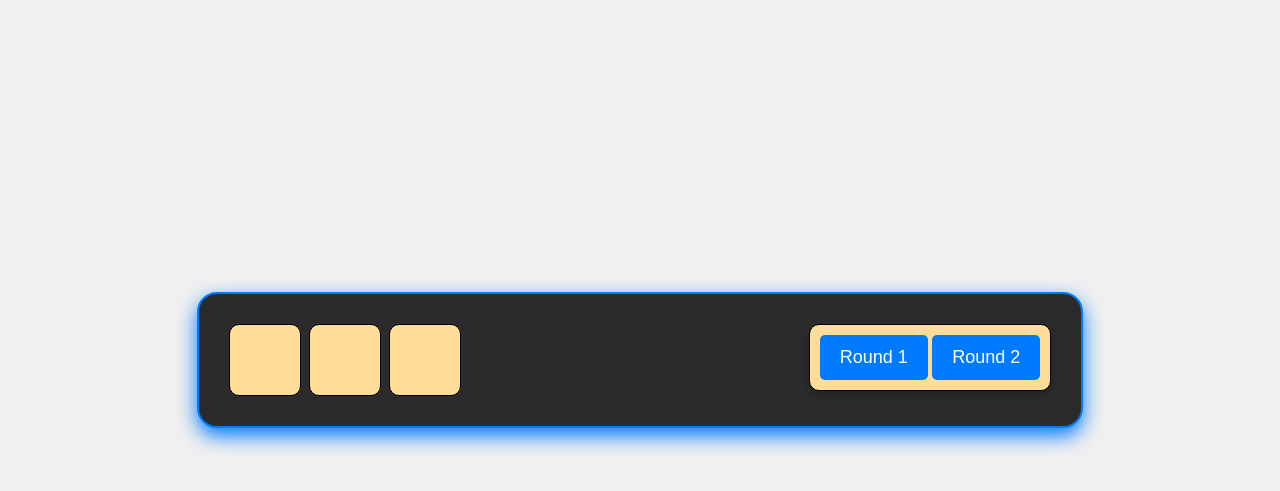
Repository: radisyah/THE_BRAIN_STORM
Page: Broken Link.html
These files come from the project's save history. The page is drawn as it stood at one moment and after the next save; the edit follows.
The browser window is 1280 px wide. The pictures show the whole page.

Above is the page before, as saved 2024-11-11 10:41:24.

### Broken Link.html
<!DOCTYPE html>
<html lang="en">
<head>
    <meta charset="UTF-8">
    <meta name="viewport" content="width=device-width, initial-scale=1.0">
    <title>The Brain Storm | Broken Link</title>
    <style>
        body {
            font-family: Arial, sans-serif;
            display: flex;
            justify-content: center; /* Center the content horizontally */
            align-items: center; /* Center vertically */
            height: 100vh;
            margin: 0;
            background-color: #f0f0f0;
        }

        .container {
            display: flex;
            justify-content: center; /* Align the grid and buttons side by side */
            align-items: flex-start;
            background-color: #2b2b2b;
            border-radius: 20px;
            box-shadow: 0 8px 20px  #007bff;
            padding: 30px;
            border: 2px solid #007bff;
            transition: transform 0.3s ease-in-out;

        }

        .grid-container {
            display: grid;
            grid-template-columns: repeat(7, 70px); /* 7 columns for the grid */
            grid-gap: 10px; /* Increased gap between grid items */
            justify-content: center;
            margin-right: 30px; /* Space between grid and buttons */
        }

        .container:hover {
            transform: scale(1.02); /* Slight scale effect when hovering over the container */
        }

        .grid-item {
            width: 70px;
            height: 70px;
            display: flex;
            align-items: center;
            justify-content: center;
            font-size: 24px;
            background-color: #ffdd99;
            border: 1px solid #000;
            color: #000;
            cursor: pointer;
            position: relative;
            border-radius: 10px;
            transition: transform 0.3s ease-in-out;
        }

        .grid-item:hover {
            transform: scale(1.10);
        }

        .highlighted {
            background-color: #28a745; /* Green when correct */
        }

        .blue {
            background-color: lightblue; /* Blue for temporary path */
        }

        .locked {
            background-color: #28a745;
            color: white;
            cursor: not-allowed;
            border-color: #007bff;
        }

        .selected {
            background-color: lightblue;
        }

        .no-number {
            cursor: pointer;
        }


        .question-buttons {
            display: flex;
            flex-direction: column; /* Align buttons vertically */
            gap: 10px;
            padding: 10px; /* Added padding */
            background-color: #ffdd99; /* Background color for buttons layout */
            border-radius: 10px; /* Rounded corners */
            box-shadow: 0 4px 8px rgba(0, 0, 0, 0.2); /* Shadow for effect */
             border: 1px solid #000;
        }


        .question-button {
            padding: 12px 20px; /* Increased padding */
            font-size: 18px; /* Increased font size */
            cursor: pointer;
            background-color: #007bff;
            color: white;
            border: none;
            border-radius: 5px;
            transition: background-color 0.3s;
        }

        .question-button.active-round { background-color: #0056b3; } /* Warna berbeda untuk tombol aktif */

        .question-button:hover {
            background-color: #0056b3;
        }

        .video-container {
            position: fixed;
            top: 0;
            left: 0;
            width: 100%;
            height: 100%;
            background-color: #000;
            display: flex;
            justify-content: center;
            align-items: center;
            z-index: 1000;
            object-fit: cover;
        }

        video {
            width: 100%;
            height: 100%;
            object-fit: cover;
        }

        .modal-content h2 {
            font-size: 24px;
            margin-bottom: 20px;
        }

        .modal-content p {
            font-size: 20px;
            margin: 10px 0;
        }

        .modal {
            display: none;
            position: fixed;
            z-index: 1;
            left: 0;
            top: 0;
            width: 100%;
            height: 100%;
            background-color: rgba(0, 0, 0, 0.7);
            justify-content: center;
            align-items: center;
        }

        .modal-content {
            background-color: white;
            padding: 20px;
            border-radius: 15px;
            box-shadow: 0px 0px 15px 0px rgba(0, 0, 0, 0.3);
            text-align: center;
            font-size: 24px;
            color: #333; /* Text color */
        }

        .close {
            margin-top: 20px;
            cursor: pointer;
            background-color: #007bff;
            color: white;
            padding: 10px 20px;
            border: none;
            border-radius: 5px;
            transition: background-color 0.3s;
        }

        .close:hover {
            background-color: #0056b3; /* Darker blue on hover */
        }

    </style>


</head>
<body>


<div class="container">
    <div class="grid-container" id="gridContainer">
        <!-- Grid will be inserted dynamically here -->
    </div>
    <div class="question-buttons">
        <div>
            <button class="question-button round-1"disabled onclick="loadQuestion(1) ">Round 1</button>
            <button class="question-button round-2" disabled onclick="loadQuestion(2) ">Round 2</button>
        </div>
    </div>
</div>


<script>
    // Data untuk grid dan jalur dinamis untuk ronde 1 dan ronde 2
    const gridDataRound1 = [
        { number: 1, hasNumber: false },
        { number: 2, hasNumber: false },
        { number: 3, hasNumber: false },
    ];

    const gridDataRound2 = [
        { number: 1, hasNumber: '19' },
        { number: 2, hasNumber: false },
        { number: 3, hasNumber: false },
    ];

    const correctPathsRound1 = [
       [1,2,3],
    ];

    const correctPathsRound2 = [
        [1,2,3],

    ];

    let currentPath = [];
    let lockedGrids = new Set();
    let currentRound = 1; // Menyimpan ronde aktif

    // Fungsi untuk memuat soal berdasarkan ronde yang dipilih
    function loadQuestion(round) {
        // Kosongkan grid yang ada
        const container = document.getElementById('gridContainer');
        container.innerHTML = ''; // Hapus semua elemen grid lama

        // Reset variabel global
        currentPath = [];
        lockedGrids.clear();

        // Pilih data yang sesuai berdasarkan ronde
        let gridData, correctPaths;
        if (round === 1) {
            gridData = gridDataRound1;
            correctPaths = correctPathsRound1;
        } else if (round === 2) {
            gridData = gridDataRound2;
            correctPaths = correctPathsRound2;
        }

        currentRound = round; // Perbarui ronde saat ini

        // Update tampilan tombol untuk ronde
        updateButtonState(round);

        // Generate grid untuk ronde yang dipilih
        generateGrid(gridData, correctPaths);
    }

    // Fungsi untuk memperbarui tampilan tombol
    function updateButtonState(activeRound) {
        document.querySelectorAll('.question-button').forEach(button => {
            const round = parseInt(button.getAttribute('data-round'));
            if (round === activeRound) {
                button.classList.add('active'); // Tambahkan gaya berbeda untuk tombol aktif
                button.disabled = false;
            } else {
                button.classList.remove('active');
                button.disabled = round > activeRound; // Nonaktifkan tombol untuk ronde berikutnya
            }
        });
    }

    // Fungsi untuk membuat grid berdasarkan data yang diberikan
    function generateGrid(gridData, correctPaths) {
        const container = document.getElementById('gridContainer');
        gridData.forEach(item => {
            const gridItem = document.createElement('div');
            gridItem.classList.add('grid-item');
            gridItem.setAttribute('data-number', item.number);

            if (item.hasNumber) {
                gridItem.textContent = item.hasNumber; // Display the string like "√625"
            } else {
                gridItem.classList.add('no-number');
            }

            container.appendChild(gridItem);

            gridItem.addEventListener('click', (event) => {
                handleGridClick(event, item.number, correctPaths);
            });

            if (lockedGrids.has(item.number)) {
                gridItem.classList.add("locked");
            }
        });
    }

   // Fungsi untuk menangani klik pada grid
   function handleGridClick(event, clickedNumber, correctPaths) {
        if (lockedGrids.has(clickedNumber)) {
            return;
        }

        if (currentPath.length === 0) {
            currentPath.push(clickedNumber);
            event.currentTarget.classList.add("blue");
            return;
        }

        if (isValidStep(clickedNumber, correctPaths)) {
            currentPath.push(clickedNumber);
            event.currentTarget.classList.add("blue");

            highlightCurrentPath();

            if (isPathComplete(correctPaths)) {
                lockPath();
                checkRoundCompletion();
            }
        } else {
            resetGrid();
        }
    }

    function isValidStep(clickedNumber, correctPaths) {
        const lastStep = currentPath[currentPath.length - 1];
        return correctPaths.some(path => {
            const indexLastStep = path.indexOf(lastStep);
            return indexLastStep !== -1 && path[indexLastStep + 1] === clickedNumber;
        }) || correctPaths.some(path => {
            const indexLastStep = path.indexOf(lastStep);
            return indexLastStep !== -1 && path[indexLastStep - 1] === clickedNumber;
        });
    }

    function highlightCurrentPath() {
        document.querySelectorAll(".grid-item").forEach(item => {
            const number = parseInt(item.getAttribute("data-number"));
            if (currentPath.includes(number)) {
                item.classList.add("blue");
            } else {
                item.classList.remove("blue");
            }
        });
    }

    function isPathComplete(correctPaths) {
        return correctPaths.some(path => {
            return path.every(step => currentPath.includes(step)) || path.reverse().every(step => currentPath.includes(step));
        });
    }

    function lockPath() {
        currentPath.forEach(step => {
            lockedGrids.add(step);
            document.querySelector(`[data-number="${step}"]`).classList.add("locked");
        });
        currentPath = [];
    }

    function resetGrid() {
        document.querySelectorAll(".grid-item").forEach(item => {
            const number = parseInt(item.getAttribute("data-number"));
            if (!lockedGrids.has(number)) {
                item.classList.remove("blue", "highlighted", "locked");
            }
        });
        currentPath = [];
    }


    // Fungsi untuk memeriksa apakah ronde telah selesai
    function checkRoundCompletion() {
        const allPathsLocked = correctPathsRound1.every(path =>
            path.every(step => lockedGrids.has(step))
        );

        if (currentRound === 1 && allPathsLocked) {
            loadQuestion(2);
        } else if (currentRound === 2 && allPathsLocked) {
            showGameOverModal();
        }
    }

    function updateButtonStyles(activeRound) {
        document.querySelectorAll(".question-button").forEach((button, index) => {
            if (index + 1 === activeRound) {
                button.classList.add("active-round");
            } else {
                button.classList.remove("active-round");
            }
        });
    }

    function showGameOverModal() {
        const modal = document.createElement('div');
        modal.classList.add('modal');
        modal.innerHTML = `
            <div class="modal-content">
                <button class="next-mission" onclick="goToNextMission()">CLOSING SESSION</button>
            </div>
        `;
        document.body.appendChild(modal);
        modal.style.display = 'flex';
    }

    function goToNextMission() {
        document.querySelector('.modal').style.display = 'none';
        const videoContainer = document.createElement('div');
        videoContainer.classList.add('video-container');
        videoContainer.innerHTML = `
            <video id="closingVideo" src="CLOSING.mp4" autoplay controls></video>
        `;
        document.body.appendChild(videoContainer);

        const closingVideo = document.getElementById('closingVideo');
        closingVideo.play();
        closingVideo.addEventListener('ended', () => {
            window.location.href = 'opening.html';
        });
    }


    loadQuestion(1);


</script>

</body>
</html>

After the next save:
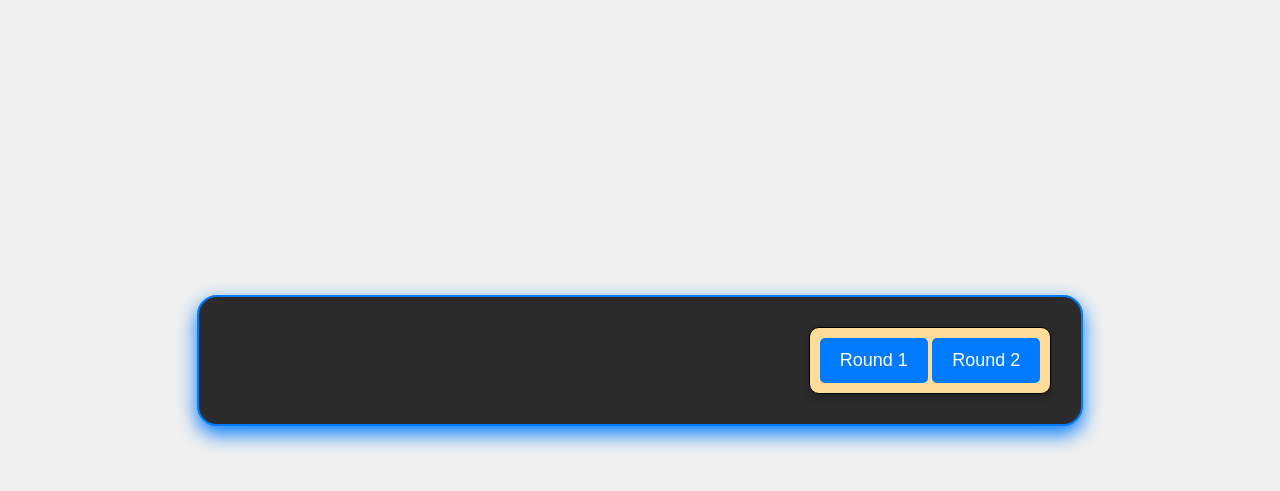
Console error: ReferenceError: updateButtonState is not defined
Saved 16 s later.
--- a/Broken Link.html
+++ b/Broken Link.html
@@ -257,19 +257,7 @@
         generateGrid(gridData, correctPaths);
     }
 
-    // Fungsi untuk memperbarui tampilan tombol
-    function updateButtonState(activeRound) {
-        document.querySelectorAll('.question-button').forEach(button => {
-            const round = parseInt(button.getAttribute('data-round'));
-            if (round === activeRound) {
-                button.classList.add('active'); // Tambahkan gaya berbeda untuk tombol aktif
-                button.disabled = false;
-            } else {
-                button.classList.remove('active');
-                button.disabled = round > activeRound; // Nonaktifkan tombol untuk ronde berikutnya
-            }
-        });
-    }
+
 
     // Fungsi untuk membuat grid berdasarkan data yang diberikan
     function generateGrid(gridData, correctPaths) {

After the save that followed:
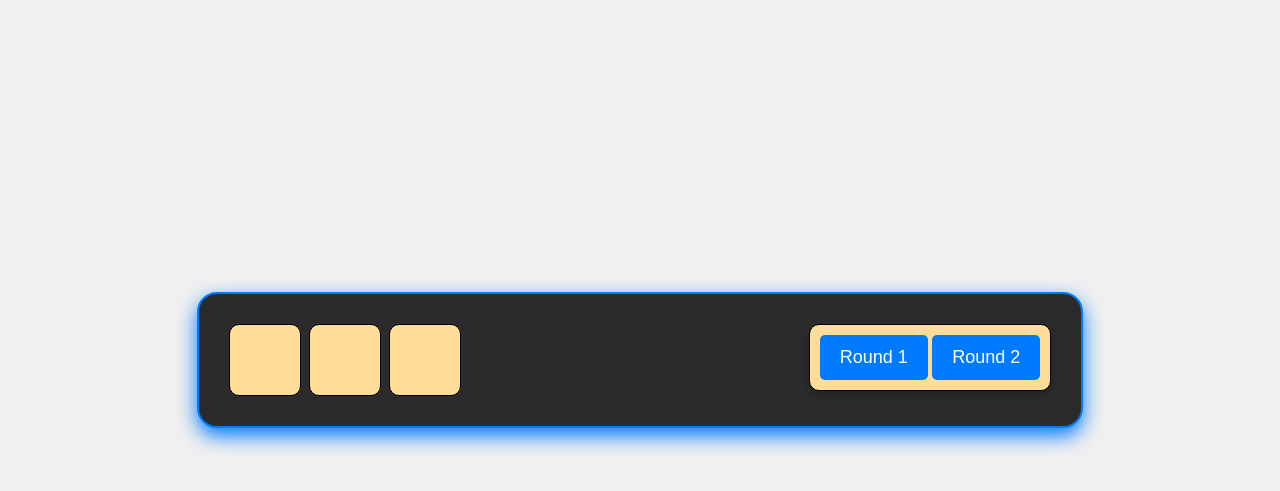
The error is gone.
Saved 4 s later.
--- a/Broken Link.html
+++ b/Broken Link.html
@@ -257,7 +257,19 @@
         generateGrid(gridData, correctPaths);
     }
 
-
+    // Fungsi untuk memperbarui tampilan tombol
+    function updateButtonState(activeRound) {
+        document.querySelectorAll('.question-button').forEach(button => {
+            const round = parseInt(button.getAttribute('data-round'));
+            if (round === activeRound) {
+                button.classList.add('active'); // Tambahkan gaya berbeda untuk tombol aktif
+                button.disabled = false;
+            } else {
+                button.classList.remove('active');
+                button.disabled = round > activeRound; // Nonaktifkan tombol untuk ronde berikutnya
+            }
+        });
+    }
 
     // Fungsi untuk membuat grid berdasarkan data yang diberikan
     function generateGrid(gridData, correctPaths) {
